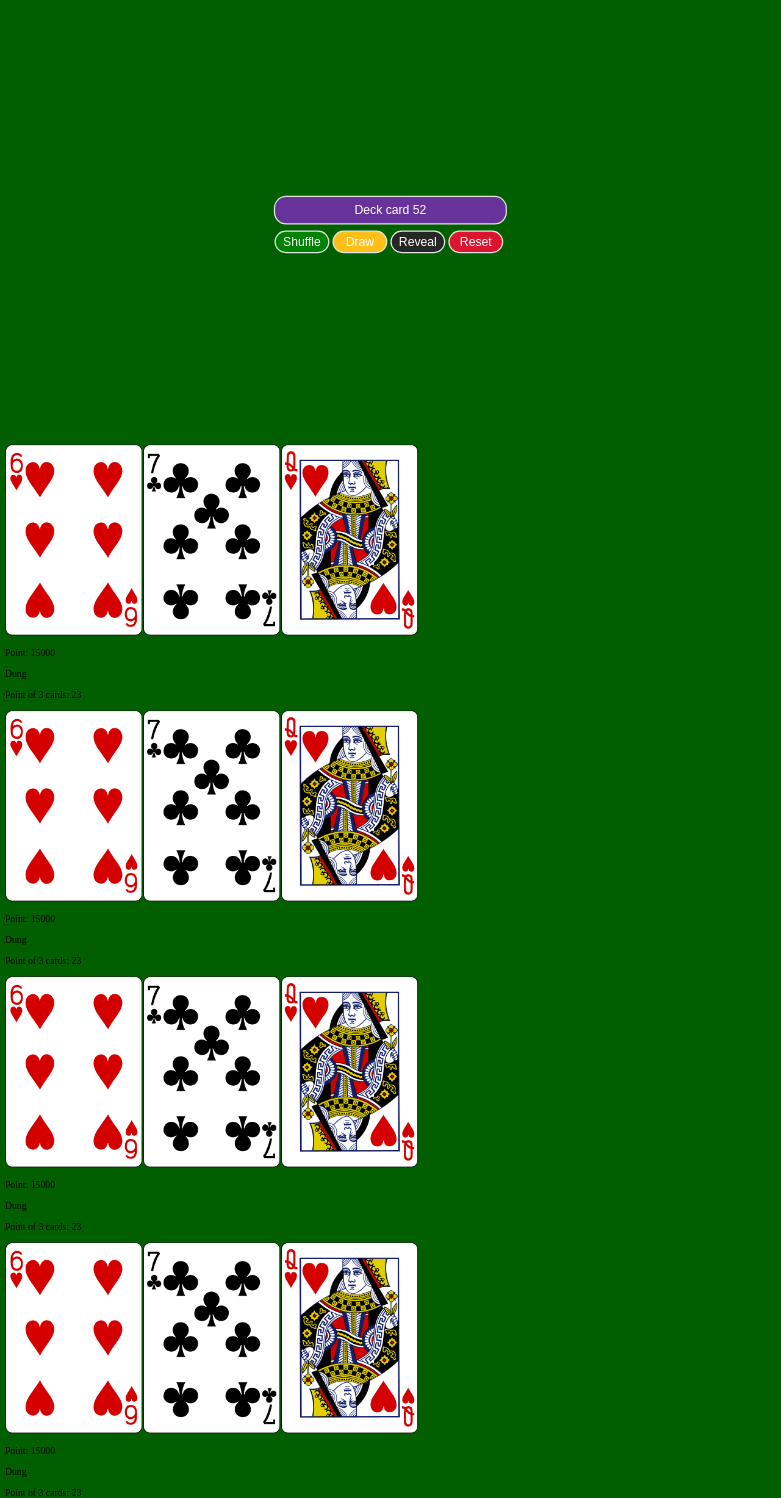
Repository: tiendungjr123/app-baicao
Page: /
An editor plug-in stored every save of this project. The page is shown before and after the next save, followed by the edit.
The browser window is 1280 px wide. The pictures show the whole page, at 61% of full size.
The page's requests for data from a server got no answer. The project was rebuilt for these pictures with package versions that can differ from the ones it lists, and the page was loaded fresh each time. No one was signed in, and anything a server would have sent is missing. Also part of the build but not shown: src/index.css, src/Components/table.jsx.

Above is the page before, as saved 2022-10-11 10:38:46.

After the next save:
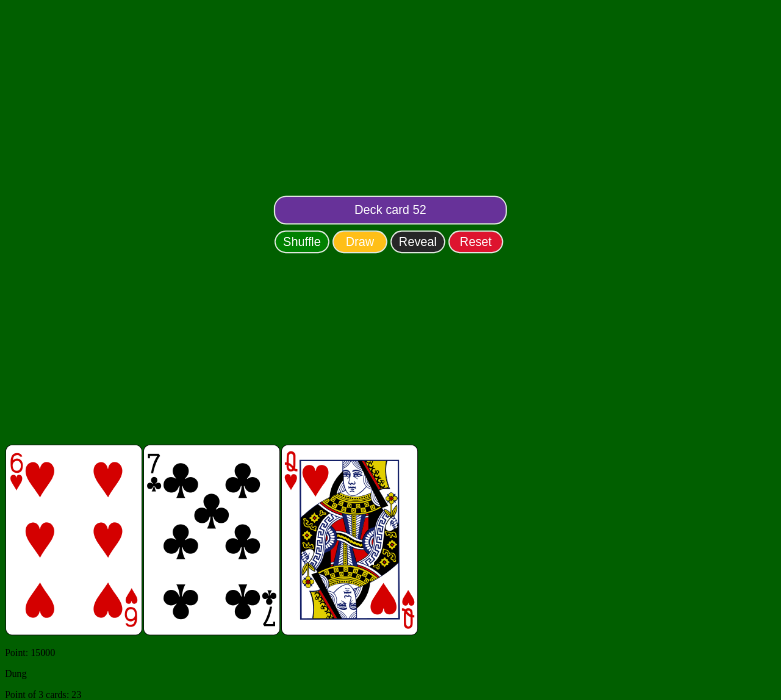
Saved 30 s later.
--- a/src/Components/cardList.jsx
+++ b/src/Components/cardList.jsx
@@ -6,7 +6,7 @@
          <div className="card-top">
             <Card listCard={listCard} />
          </div>
-         <div className="card-left">
+         {/* <div className="card-left">
             <Card listCard={listCard} />
          </div>
          <div className="card-right">
@@ -14,7 +14,7 @@
          </div>
          <div className="card-bottom">
             <Card listCard={listCard} />
-         </div>
+         </div> */}
       </>
    );
 }

After the 2 saves that followed:
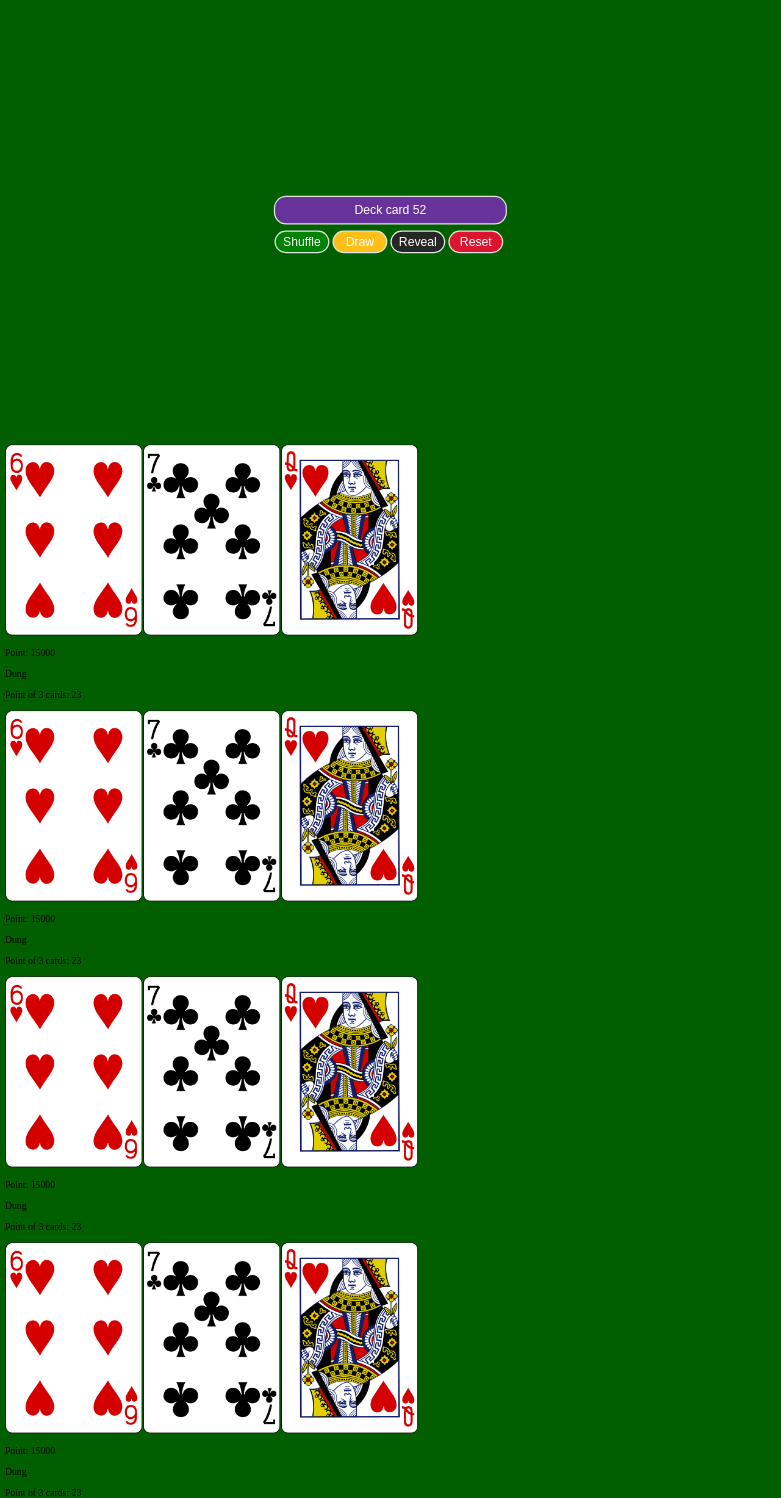
The 2 saves are shown as one change because 1 left the picture as it was.
The last was saved 2 min 50 s later.
--- a/src/Components/cardList.jsx
+++ b/src/Components/cardList.jsx
@@ -6,7 +6,7 @@
          <div className="card-top">
             <Card listCard={listCard} />
          </div>
-         {/* <div className="card-left">
+         <div className="card-left">
             <Card listCard={listCard} />
          </div>
          <div className="card-right">
@@ -14,7 +14,7 @@
          </div>
          <div className="card-bottom">
             <Card listCard={listCard} />
-         </div> */}
+         </div>
       </>
    );
 }
--- a/src/Components/card.jsx
+++ b/src/Components/card.jsx
@@ -3,8 +3,7 @@ import img_6H from '../assets/images/6H.png';
 import img_7C from '../assets/images/7C.png';
 import img_QH from '../assets/images/QH.png';
 const Card = ({ listCard }) => {
-   const filterCard = listCard.slice(0, 3);
-
+   console.log(listCard)
    return (
 
       <div className='card'>
